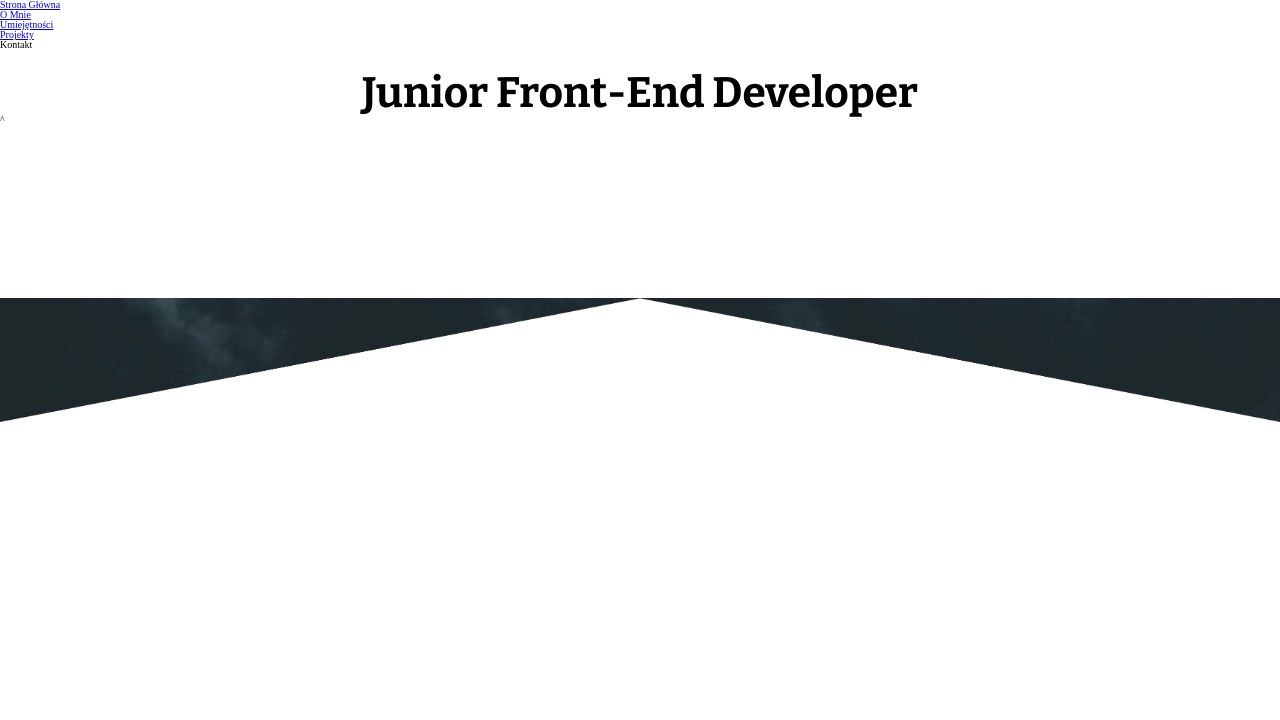
Repository: Maxs777/wizytowka
Page: index.html
An editor plug-in stored every save of this project. The page is shown before and after the next save, followed by the edit.
The browser window is 1280 px wide. The pictures show the whole page.

Above is the page before, as saved 2019-03-09 21:49:40.

### index.html
<!DOCTYPE html>
<html lang="pl">
<head>
    <meta charset="UTF-8">
    <meta name="viewport" content="width=device-width, initial-scale=1.0">
    <meta http-equiv="X-UA-Compatible" content="ie=edge">
    <link rel="stylesheet" href="_css/style.css">
    <title>Strona-wizytówka</title>
    <meta name="description" content="Jest to moja pierwsza strona-wizytówka">
    <meta name="author" content="Maksymilian Suchocki">
    <link href="https://fonts.googleapis.com/css?family=Bitter:400i,700&amp;subset=latin-ext" rel="stylesheet">
    <link rel="stylesheet" href="https://use.fontawesome.com/releases/v5.7.2/css/all.css"
        integrity="sha384-fnmOCqbTlWIlj8LyTjo7mOUStjsKC4pOpQbqyi7RrhN7udi9RwhKkMHpvLbHG9Sr" crossorigin="anonymous">


</head>
<body>
   <div class="container">
       <header>
        <nav>
            <ul>
                <li><a href="#header">Strona Główna</a></li>
                <li><a href="#section1">O Mnie</a></li>
                <li><a href="#section2">Umiejętności</a></li>
                <li><a href="#section3">Projekty</a></li>
                <li><a href="#section4"></a>Kontakt</li>
            </ul>
        </nav>
           <h1>Junior Front-End Developer</h1>
           <div class="wrapper">^</div>
        </header>
       <section id="section1" class="aboutme">
           <article class="aboutme"></article>
           <article class="aboutme"></article>
       </section>
       <section id="section2" class="skills"></section>
       <section id="section3" class="project"></section>
       <section id="section4" class="contact"></section>
       <footer></footer>
   </div>
</body>
</html>

### _css/style.css
@import url('reset.css');

:root{
    /* -----------------------------fonts */
    font-size: 62.5%;
    /* font-family: 'Bitter', serif; */

    /*---------------------------- colors */
    --dark-blue-color: #2C3E50;
    --red-color: #E74C3C;
    --white-color: #ECF0F1;
    --main-blue: #3498DB;
    --second-blue: #2980B9;
    /* ---------------------------------- */
}

*,
*::after,
*::before{
    box-sizing: border-box;
}

h1, h2{
    font-family: 'Bitter',
    serif;
}

h1{
    font-size: 4.25rem;
    font-weight: bold;
    text-align: center;
}

nav{
    background-color: rgba(255, 255, 255, .2);
    height: 10vh;
    position: sticky;
    text-decoration: none;


}

.hide{
    position: absolute;
    clip:rect(0px 0px 0px 0px);
    *clip: rect(0 0 0 0);
}

header{
    height: 100vh;
    width: 100vw;
    background: url(../_assets/_img/background.jpg) center / cover;
    background: url(../_assets/_img/background1.png) center / contain no-repeat ;
    /* overflow: hidden; */
}

Loaded but not shown: _css/reset.css (common file)

After the next save:
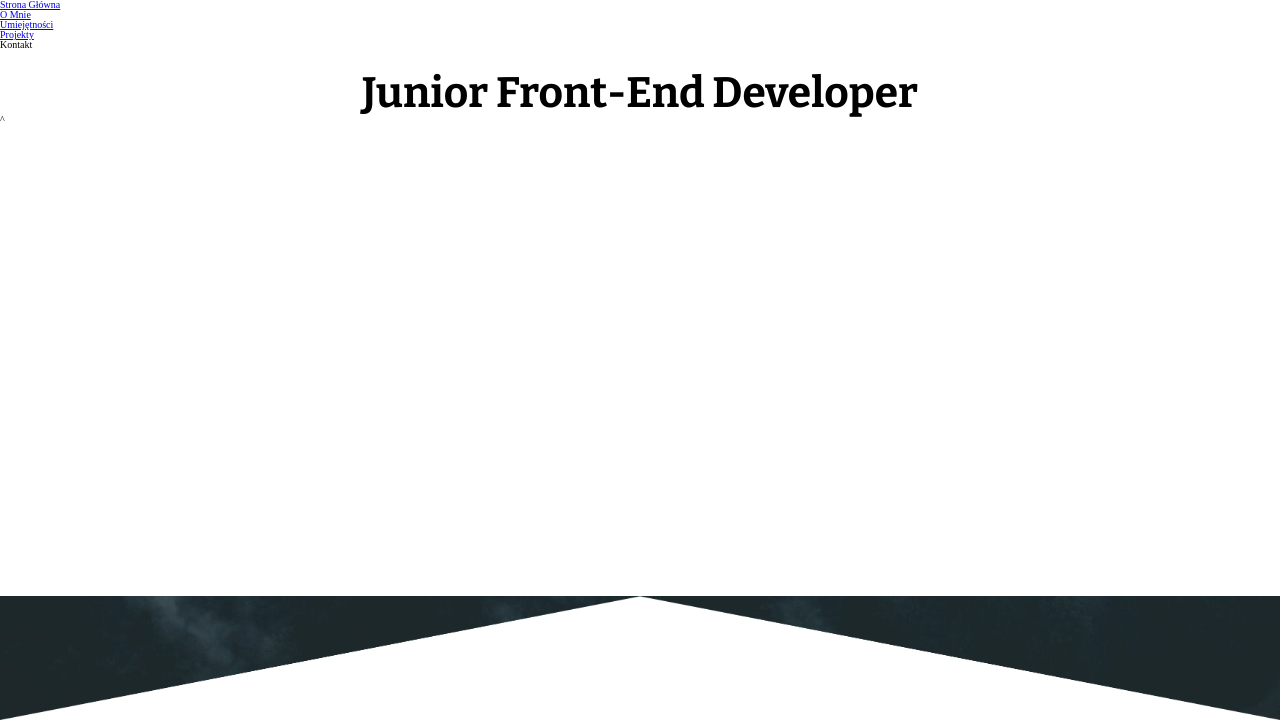
Saved 14 s later.
--- a/_css/style.css
+++ b/_css/style.css
@@ -50,6 +50,6 @@ header{
     height: 100vh;
     width: 100vw;
     background: url(../_assets/_img/background.jpg) center / cover;
-    background: url(../_assets/_img/background1.png) center / contain no-repeat ;
+    background: url(../_assets/_img/background1.png) bottom / contain no-repeat ;
     /* overflow: hidden; */
 }
